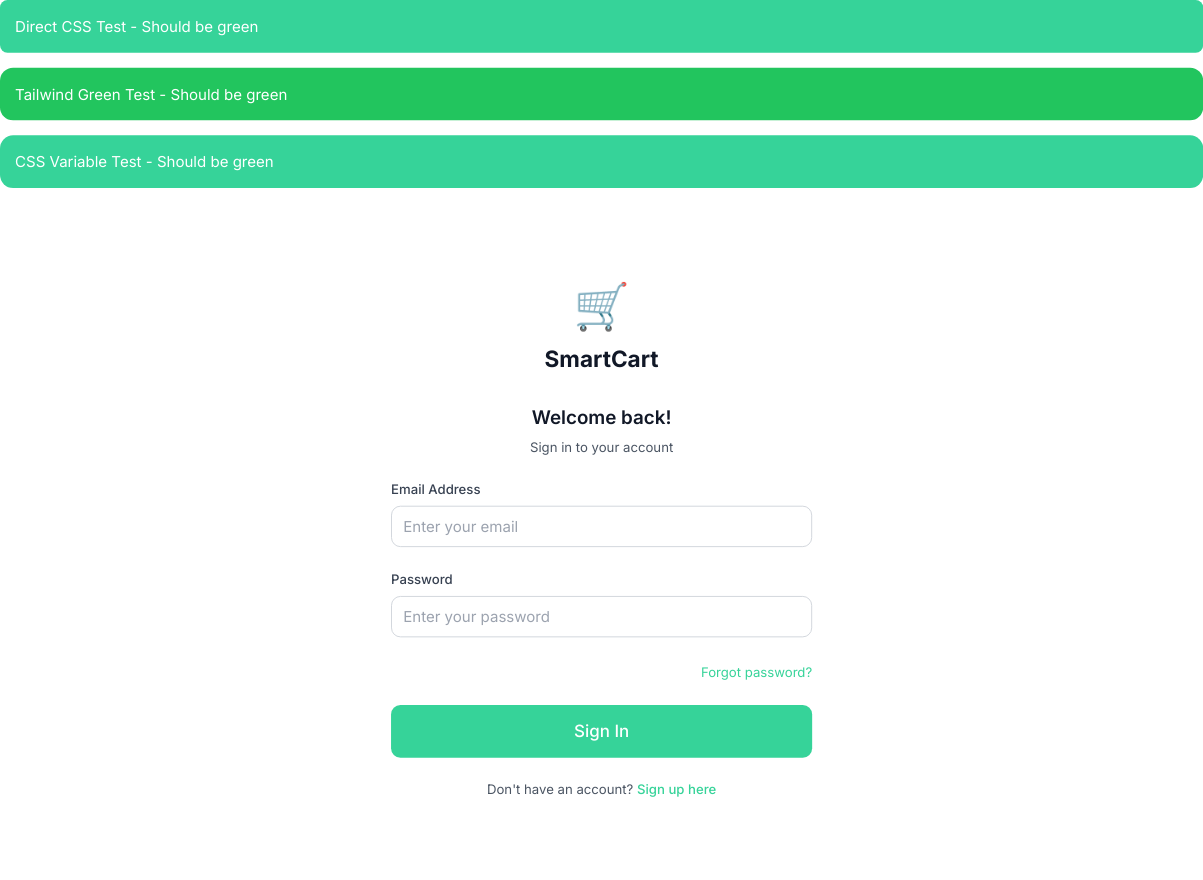
Repository: LubegaH/smartcart
Page: /auth/login
The author's editor kept a copy of each file at every save. The page is drawn from the files as they stood at one save, then again after the next save.
The browser window is 1280 px wide. The pictures show the whole page, at 94% of full size.
The page's requests for data from a server got no answer. The project was rebuilt for these pictures with package versions that can differ from the ones it lists, and the page was loaded fresh each time. The framework's server and built-in components were replaced by stand-ins that run in the browser. No one was signed in, and anything a server would have sent is missing. Also part of the build but not shown: next.config.js, src/components/ui/offline-indicator.tsx, src/components/ui/alert.tsx.

Above is the page before, as saved 2025-07-07 21:44:39.

After the next save:
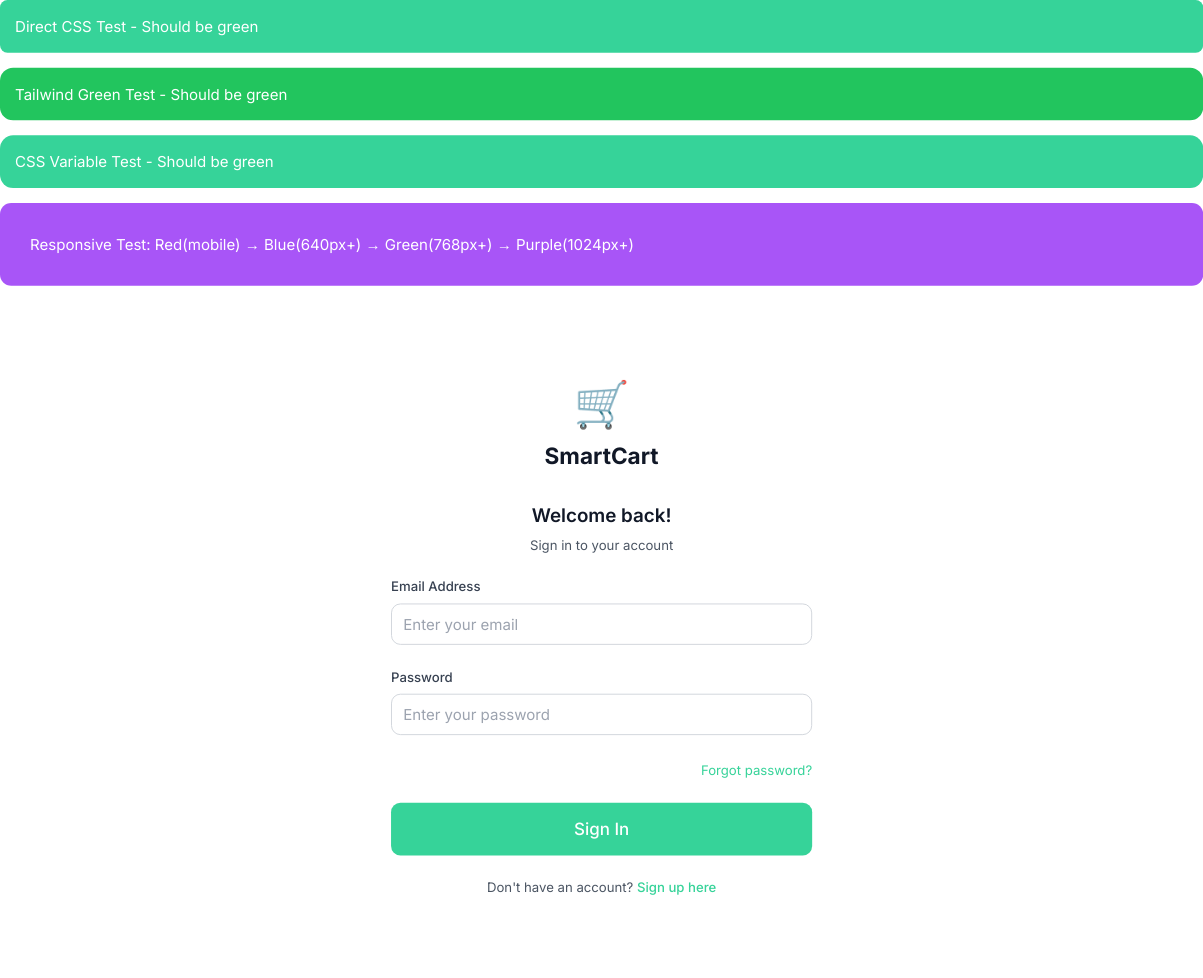
Saved 2 min 9 s later.
--- a/src/components/auth/login-form.tsx
+++ b/src/components/auth/login-form.tsx
@@ -60,6 +60,13 @@ export function LoginForm() {
       <div className='mb-4'>
         <div className='bg-primary p-4 text-primary-foreground rounded-lg'>
           CSS Variable Test - Should be green
+        </div>
+      </div>
+      {/* RESPONSIVE TEST */}
+      <div className='mb-4'>
+        <div className='bg-red-500 p-2 sm:bg-blue-500 sm:p-4 md:bg-green-500 md:p-6 lg:bg-purple-500 lg:p-8 text-white rounded'>
+          Responsive Test: Red(mobile) → Blue(640px+) → Green(768px+) →
+          Purple(1024px+)
         </div>
       </div>
       <div className='min-h-screen flex flex-col items-center justify-center p-6 bg-background'>
